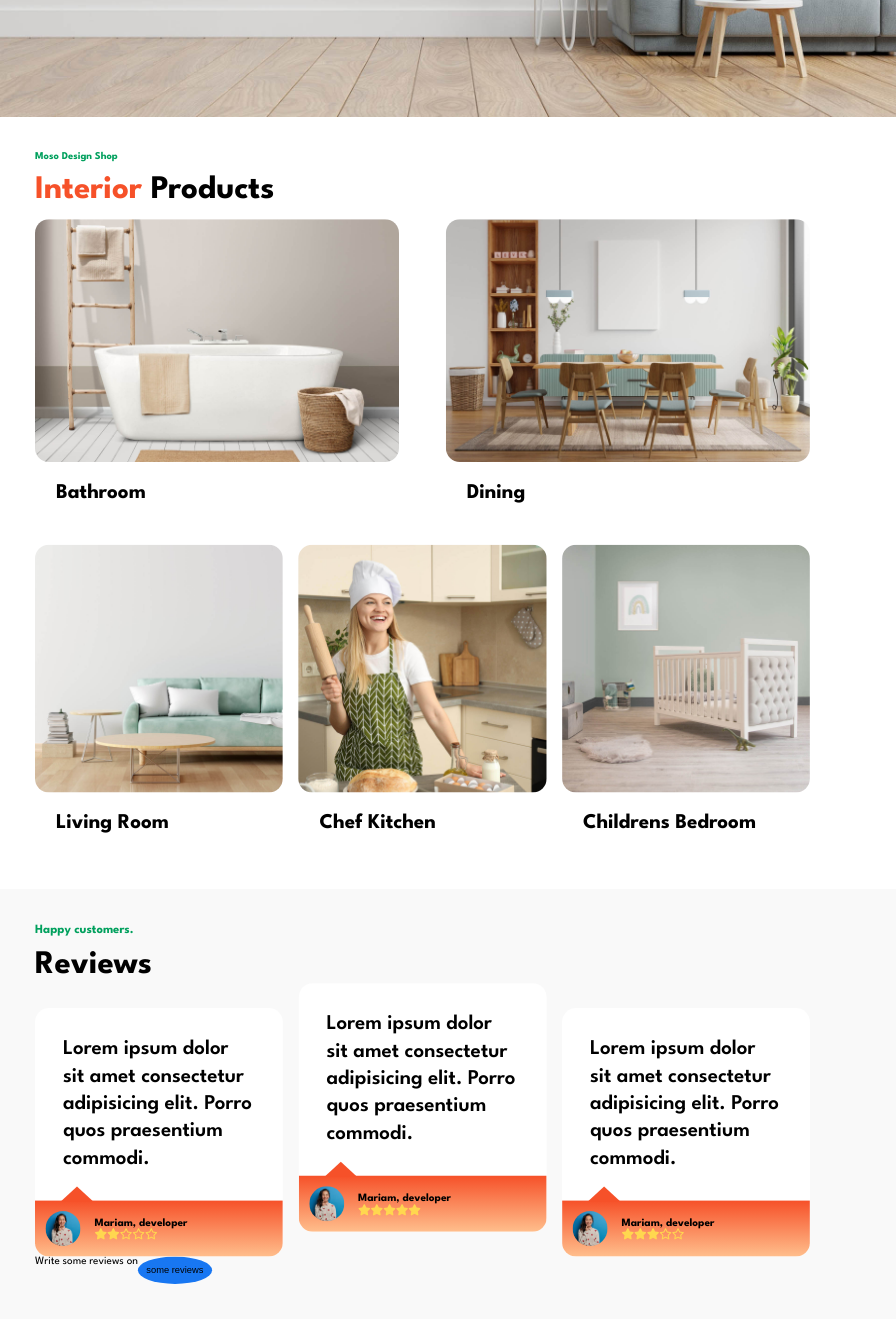
Repository: mariamnabil23/furniture
Page: index.html
The author's editor kept a copy of each file at every save. The page is drawn from the files as they stood at one save, then again after the next save.
The browser window is 1280 px wide. The pictures show the part of the page from y = 1853 to 3773 px (the page is 3737 px tall before and 3773 px after), at 70% of full size.
Some web fonts or font styles are not loaded; a fallback is used.

Above is the page before, as saved 2024-10-31 10:07:48.

### index.html
<!DOCTYPE html>
<html lang="en">

<head>
    <meta charset="UTF-8">
    <meta name="viewport" content="width=device-width, initial-scale=1.0">
    <title>Furnture</title>

    <!-- font awesome -->
    <link rel="stylesheet" href="https://cdnjs.cloudflare.com/ajax/libs/font-awesome/6.0.0-beta3/css/all.min.css">

    <!-- google font -->
    <link rel="preconnect" href="https://fonts.googleapis.com">
    <link rel="preconnect" href="https://fonts.gstatic.com" crossorigin>
    <link
        href="https://fonts.googleapis.com/css2?family=Anton&family=DM+Sans:ital,opsz,wght@0,9..40,100..1000;1,9..40,100..1000&family=Inter:wght@100..900&family=Karla:ital,wght@0,200..800;1,200..800&family=League+Spartan:wght@100..900&family=Montserrat:ital,wght@0,100..900;1,100..900&family=Nunito:ital,wght@0,200..1000;1,200..1000&family=Playwrite+GB+S:ital,wght@0,100..400;1,100..400&family=Saira+Semi+Condensed:wght@100;200;300;400;500;600;700;800;900&family=Sorts+Mill+Goudy:ital@0;1&family=Tajawal:wght@200;300;400;500;700;800;900&family=Work+Sans:ital,wght@0,100..900;1,100..900&family=Yellowtail&family=Zen+Dots&display=swap"
        rel="stylesheet">


    <link rel="stylesheet" href="style.css">
</head>

<body>
    <div class="container">

        <!-- header section -->
        <section class="header">
            <div class="navbar">
                <div class="left">
                    <h2> <span class="y">Moso</span> Inter<span class="g">ior</span></h2>
                </div>
                <div class="right">
                    <ul>
                        <li><a href="#">Home</a></li>
                        <li><a href="#">About</a></li>
                        <li><a href="#">Shop</a></li>
                        <li><a href="#">Reviews</a></li>
                        <li><a href="#">Contact</a></li>
                    </ul>
                </div>
            </div>
        </section>

        <!-- home section -->
        <section class="home">
            <div class="content">
                <div class="top">
                    <h5>Welcome to Moso Interior</h5>
                    <i class="fas fa-home"></i>
                </div>
                <div class="middle">
                    <h1>Decorate a beautiful <br> interior for your space</h1>
                </div>
                <div class="bottom">
                    <div class="l">
                        <label>Product</label>
                        <input placeholder="bathroom, livin">
                    </div>
                    <div class="r">
                        <label>Product</label>
                        <input placeholder="bathroom, livin">
                    </div>
                    <div class="btn">
                        <button>Search</button>
                    </div>
                    <div class="down"><i class="fas fa-arrow"></i></div>
                </div>
            </div>
        </section>

        <!-- about section -->
        <section class="about">
            <div class="content">
                <div class="left">
                    <h5>Our Story</h5>
                    <h1>Introducing <span>Moso</span></h1>
                    <h2>Since 1986, We crafted <br> interior products for better <br> spaces</h2>
                    <p>Moso Interior is a free Bootstrap 5 HTML CSS template for your website. Tooplate is one of the
                        best websites to download 100% free HTML Templates for web designers and developers around the
                        world. Thank you for visiting.</p>
                </div>
                <div class="middle">
                    <img src="/images/about1.jpg">
                </div>
                <div class="right">
                    <img src="/images/about2.jpg">
                </div>
            </div>
        </section>

        <!-- open section -->
        <section class="open">
            <div class="content">
                <h1>Opening Hours</h1>
                <div class="box">
                    <i class="fa-regular fa-clock"></i>
                    <div class="hours">
                        <div><span class="day">Mon - Friday ~</span> <span class="clock">8:00 AM - 6:00 PM</span></div>
                        <div class="s"><span class="day">Saturday ~</span> <span class="clock">10:00 AM - 10:00 PM</span></div>
                        <div><span class="day">Sunday ~ Closed</span></div>
                    </div>
                </div>
            </div>
        </section>

        <!-- products section -->
        <section class="products">
            <div class="content">
                <div class="top">
                    <h5>Moso Design Shop</h5>
                    <h2> <span class="r">Interior</span> Products</h2>
                </div>
                <div class="box-two">
                    <div class="b1">
                        <img src="/images/p1.jpg" >
                        <h3>Bathroom</h3>
                    </div>
                    <div class="b2">
                        <img src="/images/p2.jpg" >
                        <h3>Dining</h3>
                    </div>
                </div>
                <div class="box-three">
                    <div class="b3">
                        <img src="/images/p3.jpg" >
                        <h3>Living Room</h3>
                    </div>
                    <div class="b4">
                        <img src="/images/p4.jpg" >
                        <h3>Chef Kitchen</h3>
                    </div>
                    <div class="b5">
                        <img src="/images/p5.jpg" >
                        <h3>Childrens Bedroom</h3>
                    </div>
                </div>
            </div>
        </section>

        <!-- reviews section -->
        <section class="reviews">
            <div class="content">
                <div class="top">
                    <h5>Happy customers.</h5>
                    <h2>Reviews</h2>
                </div>
                <div class="container">
                    <div class="box">
                        <h2>Lorem ipsum dolor sit amet consectetur adipisicing elit. Porro quos praesentium commodi.</h2>
                        <div class="btm">
                            <img src="/images/person1.jpg" >
                            <div class="rating">
                                <h4>Mariam, developer</h4>
                                <div class="stars">
                                    <i class="fa-solid fa-star"></i>
                                    <i class="fa-solid fa-star"></i>
                                    <i class="fa-regular fa-star"></i>
                                    <i class="fa-regular fa-star"></i>
                                    <i class="fa-regular fa-star"></i>
                                </div>
                            </div>
                        </div>
                    </div>
                    <div class="box">
                        <h2>Lorem ipsum dolor sit amet consectetur adipisicing elit. Porro quos praesentium commodi.</h2>
                        <div class="btm">
                            <img src="/images/person1.jpg" >
                            <div class="rating">
                                <h4>Mariam, developer</h4>
                                <div  class="stars">
                                    <i class="fa-solid fa-star"></i>
                                    <i class="fa-solid fa-star"></i>
                                    <i class="fa-solid fa-star"></i>
                                    <i class="fa-solid fa-star"></i>
                                    <i class="fa-solid fa-star"></i>
                                </div>
                            </div>
                        </div>
                    </div>
                    <div class="box">
                        <h2>Lorem ipsum dolor sit amet consectetur adipisicing elit. Porro quos praesentium commodi.</h2>
                        <div class="btm">
                            <img src="/images/person1.jpg" >
                            <div class="rating">
                                <h4>Mariam, developer</h4>
                                <div  class="stars">
                                    <i class="fa-solid fa-star"></i>
                                    <i class="fa-solid fa-star"></i>
                                    <i class="fa-solid fa-star"></i>
                                    <i class="fa-regular fa-star"></i>
                                    <i class="fa-regular fa-star"></i>
                                </div>
                            </div>
                    </div>
                    </div>
                </div>
                <div class="bottom">
                    <p>Write some reviews on</p>
                    <div class="box-btn">
                        <button class="box-btn">
                            <p>some reviews </p>
                        </button>
                    </div>
                </div>
        </section>

    </div>
</body>

</html>

### style.css
@import url('https://fonts.googleapis.com/css2?family=Anton&family=DM+Sans:ital,opsz,wght@0,9..40,100..1000;1,9..40,100..1000&family=Inter:wght@100..900&family=Karla:ital,wght@0,200..800;1,200..800&family=League+Spartan:wght@100..900&family=Montserrat:ital,wght@0,100..900;1,100..900&family=Nunito:ital,wght@0,200..1000;1,200..1000&family=Playwrite+GB+S:ital,wght@0,100..400;1,100..400&family=Saira+Semi+Condensed:wght@100;200;300;400;500;600;700;800;900&family=Sorts+Mill+Goudy:ital@0;1&family=Tajawal:wght@200;300;400;500;700;800;900&family=Work+Sans:ital,wght@0,100..900;1,100..900&family=Yellowtail&family=Zen+Dots&display=swap');


* {
    box-sizing: border-box;
    padding: 0;
    margin: 0;
}

body {
    font-family: "League Spartan", sans-serif;
}

ul {
    list-style: none;
}

a {
    text-decoration: none;
}

.header {
    background-color: rgb(249, 251, 251);
    height: 70px;
    position: fixed;
    width: 100%;
}

.navbar {
    width: 90%;
    margin: auto;
}

.navbar .left {
    float: left;
    display: inline;
}

.navbar .left h2 {
    color: #f65129;
    font-size: 35px;
}

.navbar .left .y {
    color: #ffd74f;
}

.navbar .left .g {
    color: #00a05d;
}

.navbar .right {
    float: right;
    display: inline;
    width: 60%;
}

.navbar .right ul {
    display: flex;
    justify-content: space-between;

}

.navbar .right ul li a {
    color: #706f6f;
    font-size: 20px;
}

.navbar .right ul li a {
    background-color: #ffd74f;

}


/* home */
.home {
    width: 100%;
    height: 100vh;
    background-image: url("/images/home-bg-1.jpg");
    background-size: cover;
    display: flex;
    flex-direction: column;
    align-items: center;
    justify-content: center;
    align-items: center;
}

.home .content {
    display: flex;
    flex-direction: column;
    align-items: center;
    justify-content: center;
    align-items: center;
}

.home .top h5 {
    display: inline;
    color: #00a05d;
    font-size: 18px;
}

.home .top i {
    color: #f65129;
}

.home .middle h1 {
    color: white;
    font-size: 60px;
    margin: 20px 0;
    line-height: 1.2;
}

.home .bottom {
    background: white;
    border-radius: 15px;
    padding: 40px;
    display: flex;
}

.home .bottom .l,
.home .bottom .r {
    margin: auto;
}

.home .bottom .r,
.home .bottom .btn {
    padding-left: 10px;
}

.home .bottom button {
    background: #f65129;
    padding: 10px;
    color: white;
    border: none;
    border-radius: 5px;
}


/* about */

.about {}

.about .content {
    display: flex;
    justify-content: space-between;
    align-items: center;
    width: 90%;
    margin: 100px auto;
}

.about .left {
    width: 40%;
    height: 280px;
}

.about .left h5 {
    color: #00a05d;
    font-size: 18px;
}

.about .middle {
    width: 25%;
    height: 300px;
}

.about .middle img {
    width: 100%;
    height: 100%;
    object-fit: cover;
    border-radius: 100%;
}

.about .right {
    width: 30%;
    height: 380px;
}

.about .right img {
    width: 100%;
    height: 100%;
    object-fit: cover;
    border-radius: 100%;
}

.about .left h1,
h2 {
    color: #6c757d;
}

.about .left h1 {
    font-size: 50px;
    font-weight: 600;
}

.about .left h2 {
    font-size: 40px;
    font-weight: 500;
    margin: 20px 0;

}

.about .left span {
    color: black;
}

.about .left p {
    color: #717275;
    font-size: 16px;
    font-weight: 300;
    line-height: 1.5;
}

/* open */
.open {
    width: 100%;
    height: 100vh;
    background-image: url('/images/open-bg.jpg');
    background-size: cover;
    position: relative;

}

.open .content {
    background-color: #e9eaeb;
    border-top: 25px solid #f65129;
    border-radius: 20px;
    width: 35%;
    padding: 30px 50px;
    position: absolute;
    top: 50%;
    left: 30%;
    transform: translate(-50%, -50%);
}

.open h1 {
    font-size: 50px;
    font-weight: 600;
}

.open .box {
    display: flex;
    align-items: baseline;
    margin-top: 30px;
}

.open .box i {
    padding-right: 16px;
    font-size: 25px;
    color: #504f4f;
}

.open .box .day {
    color: #838383;
    font-size: 20px;
    font-weight: 400;
}

.open .box .clock {
    font-size: 20px;
    font-weight: 700;
    color: #4a4949;
}

.open .box .s {
    padding: 20px 0;
}


/* products */


.products {
    color: #00a05d;
    font-size: 18px;
    margin: 50px 0px 50px 50px;
}

.products .content {
    width: 90%;
}

.products .top {}

.products .top h2 {
    color: black;
    margin: 20px 0;
    font-size: 47px;
}

.products .top .r {
    color: #f65129;
}

.products .box-two,
.products .box-three {
    width: 100%;
    display: flex;
    justify-content: space-between;
}

.products .box-two .b1,
.products .box-two .b2 {
    width: 47%;
    border-radius: 20px;
    display: flex;
    flex-direction: column;
}

.products .box-two .b1 img,
.products .box-two .b2 img {
    object-fit: cover;
    width: 100%;
    height: 100%;
    border-radius: 20px;
}

.products .box-three {
    margin-top: 30px;
}

.products .box-three .b3,
.products .box-three .b4,
.products .box-three .b5 {
    width: 32%;
    border-radius: 20px;
    display: flex;
    flex-direction: column;
}

.products .box-three .b3 img,
.products .box-three .b4 img,
.products .box-three .b5 img {
    object-fit: cover;
    width: 100%;
    border-radius: 20px;
}

.products .box-two h3,
.products .box-three h3 {
    color: black;
    padding: 30px;
    font-size: 30px;
}

/* Reviews */
.reviews {
    padding: 50px 0px 50px 50px;
    background-color: #f9f9f9;
}

.reviews .content {
    width: 90%;
}

.reviews .top h5 {
    color: #00a05d;
    font-size: 18px;
}

.reviews .top h2 {
    color: black;
    margin: 20px 0;
    font-size: 47px;
}

.reviews .container {
    display: flex;
    justify-content: space-between;
    margin-top: 40px;
    position: relative;
}

.reviews .box {
    display: flex;
    flex-direction: column;
    width: 32%;
    background-color: white;
    border-radius: 20px;
    overflow: hidden;
}

.reviews .box:nth-child(2) {
    position: absolute;
    top: 40%;
    left: 50%;
    transform: translate(-50%, -50%);
}

.reviews .box h2 {
    color: black;
    font-size: 30px;
    font-weight: 600;
    line-height: 1.3;
    padding: 40px;
}

.reviews .box .btm {
    display: flex;
    align-items: center;
    padding-top: 20px;
    background: linear-gradient(180deg, rgba(246, 81, 41, 1) 0%, rgba(255, 190, 140, 1) 100%);
    padding: 15px;
    position: relative;
}

.reviews .box .btm::before {
    content: '';
    position: absolute;

    display: block;
    margin: auto;
    width: 0;
    height: 0;
    border-bottom: 22px solid rgba(246, 81, 41, 1);
    border-left: 24px solid transparent;
    border-right: 24px solid transparent;
    position: absolute;
    top: -20px;
    left: 36px;
}

.reviews .box .btm .rating {
    display: flex;
    flex-direction: column;
    padding-left: 20px;
}

.reviews .box .btm .stars {
    color: #ffd74f;
    display: flex;
}

.reviews img {
    width: 50px;
    height: 50px;
    border-radius: 50%;
    object-fit: cover;
}
.reviews .bottom,
.reviews .bottom .box-btn{
    display: flex;

}
.reviews .bottom .box-btn{
    background-color: #1877f2;
    padding: 6px;
    border-radius: 50%;
    border: none;
}

After the next save:
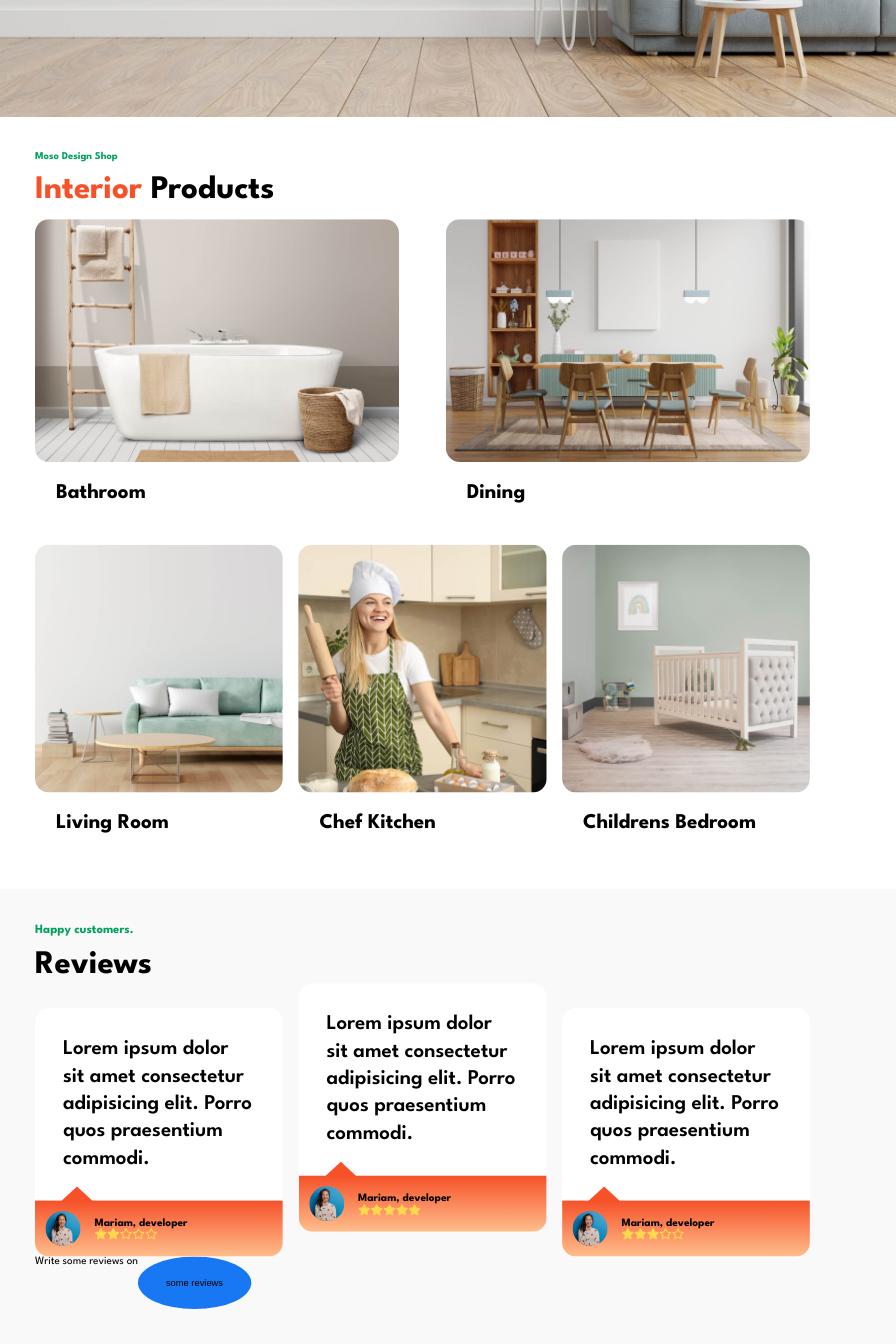
Saved 37 s later.
--- a/style.css
+++ b/style.css
@@ -446,4 +446,5 @@ h2 {
     padding: 6px;
     border-radius: 50%;
     border: none;
-}
+    padding: 15px 20px;
+}
